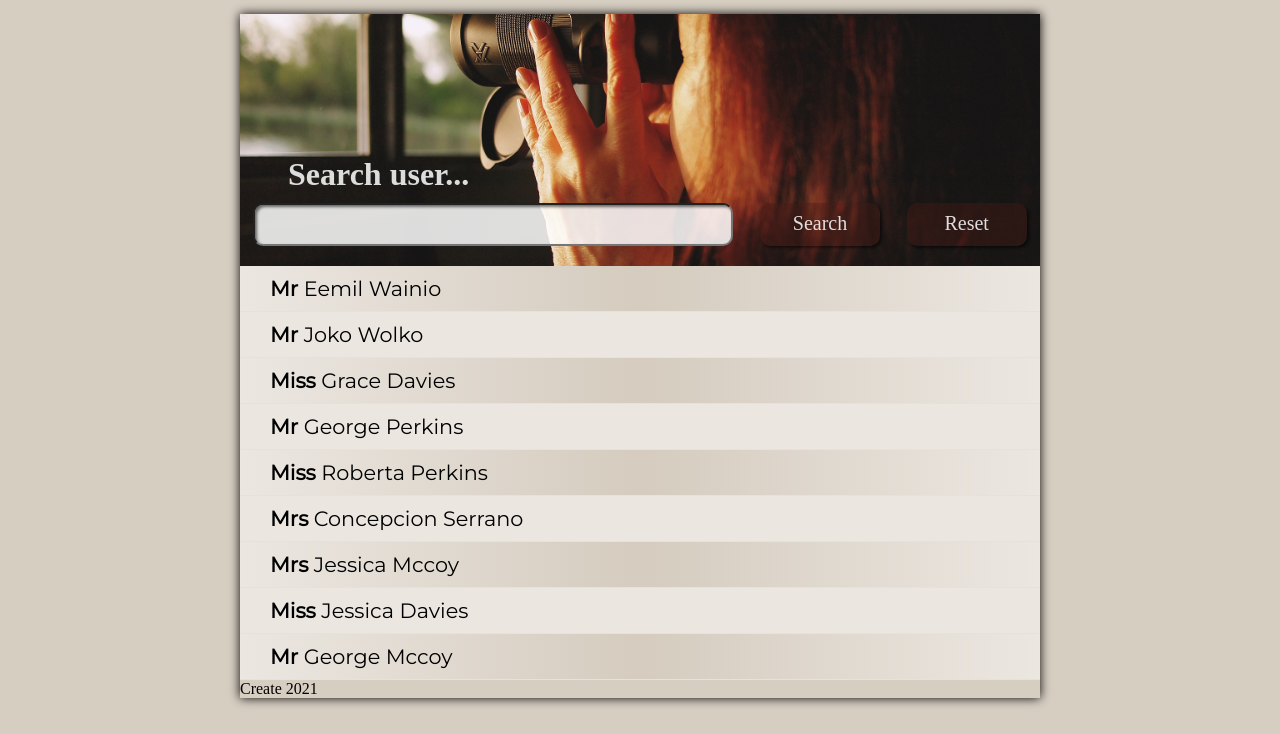
Repository: KrzysKolo/sr_tydzien5_zad4
Page: /
These files come from the project's save history. The page is drawn as it stood at one moment and after the next save; the edit follows.
The browser window is 1280 px wide. The pictures show the whole page.
Some web fonts or font styles are not loaded; a fallback is used. The project was rebuilt for these pictures with package versions that can differ from the ones it lists, and the page was loaded fresh each time.

Above is the page before, as saved 2021-01-03 14:51:50.

After the next save:
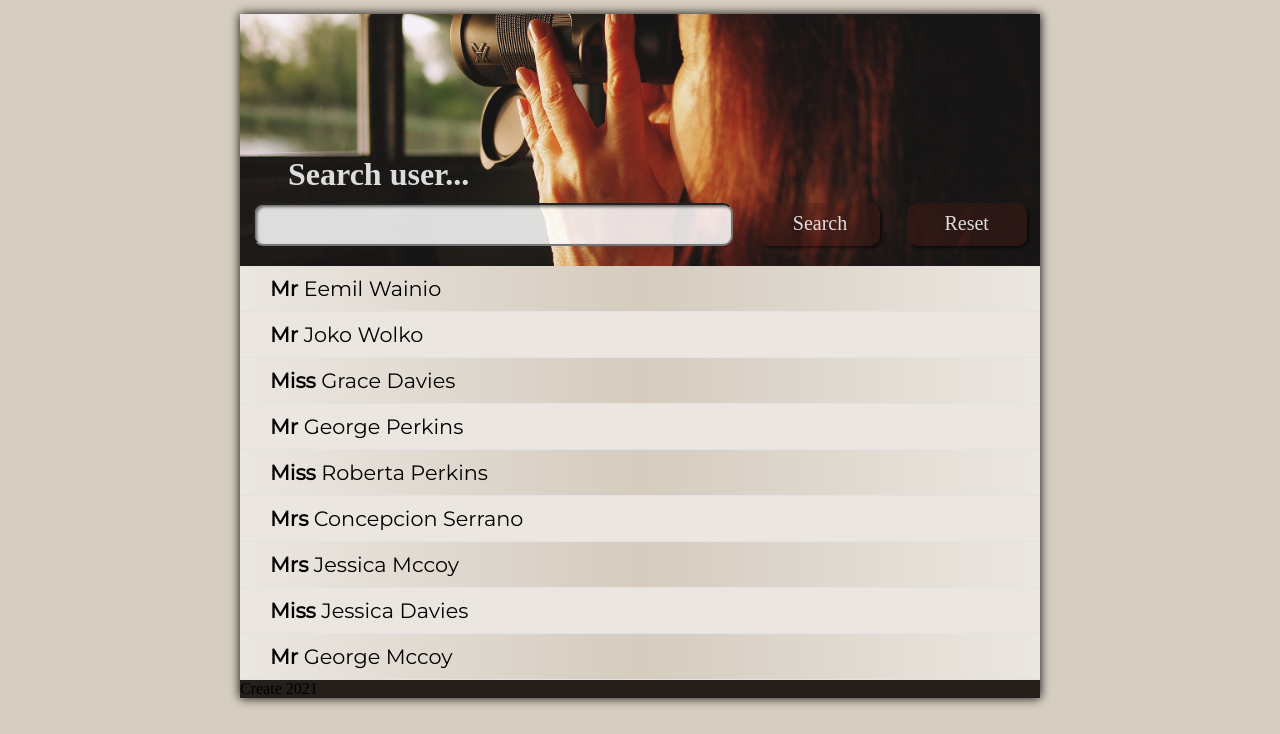
Saved 24 s later.
--- a/src/App.css
+++ b/src/App.css
@@ -76,3 +76,6 @@ section {
     rgba(255, 255, 255, 0.5) 100%
   );
 }
+.footer__wrapper {
+  background-color: rgb(36, 31, 27);
+}
